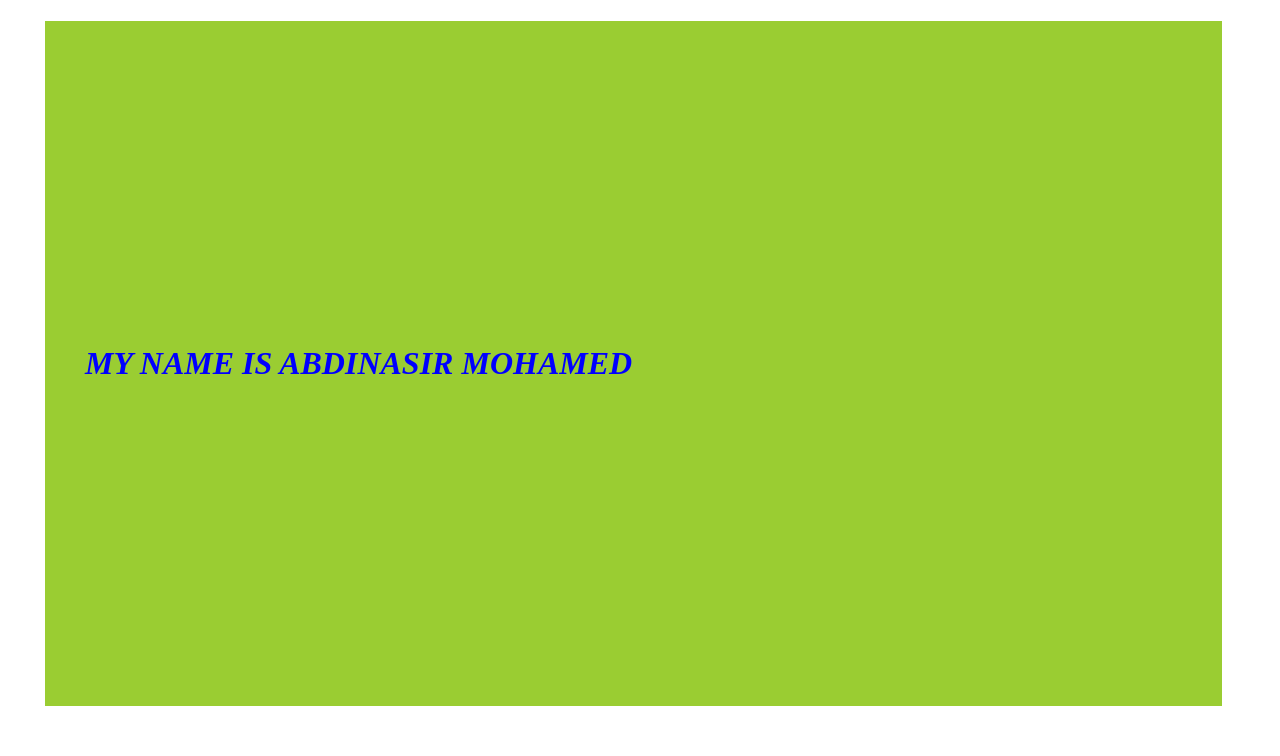
Repository: mrjayajay/week-1-code-challenges
Page: practice/css/inde.html
These files come from the project's save history. The page is drawn as it stood at one moment and after the next save; the edit follows.
The browser window is 1280 px wide. The pictures show the whole page.

Above is the page before, as saved 2024-03-15 11:25:10.

### practice/css/inde.html
<!DOCTYPE html>
<html lang="en">
<head>
    <meta charset="UTF-8">
    <meta name="viewport" content="width=device-width, initial-scale=1.0">
    <title>Mr Practice</title>
    <link rel="stylesheet" href="style.css">
</head>
<body>
     <h1>MY NAME IS ABDINASIR MOHAMED</h1>

</body>
</html>

### practice/css/style.css
h1{
    color:blue;
    font-style: italic;
    font-family:'Times New Roman', Times, serif;
    background-color:yellowgreen;
    margin-top: 45pxpx;
    margin-bottom:50px;
    margin-left: 37px;
    margin-right:50px;
    padding: 45vh;
    padding-left: 40px;
}

After the next save:
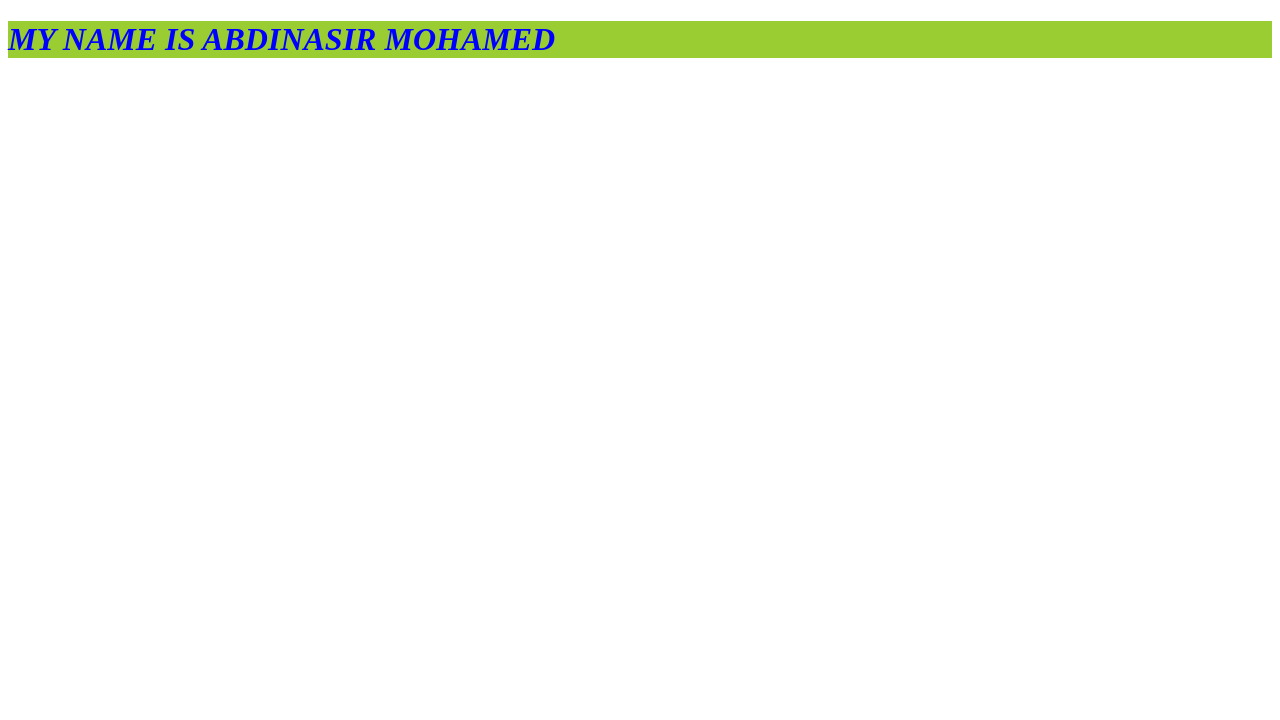
Saved 89 s later.
--- a/practice/css/style.css
+++ b/practice/css/style.css
@@ -5,8 +5,4 @@
     background-color:yellowgreen;
     margin-top: 45pxpx;
     margin-bottom:50px;
-    margin-left: 37px;
-    margin-right:50px;
-    padding: 45vh;
-    padding-left: 40px;
 }
